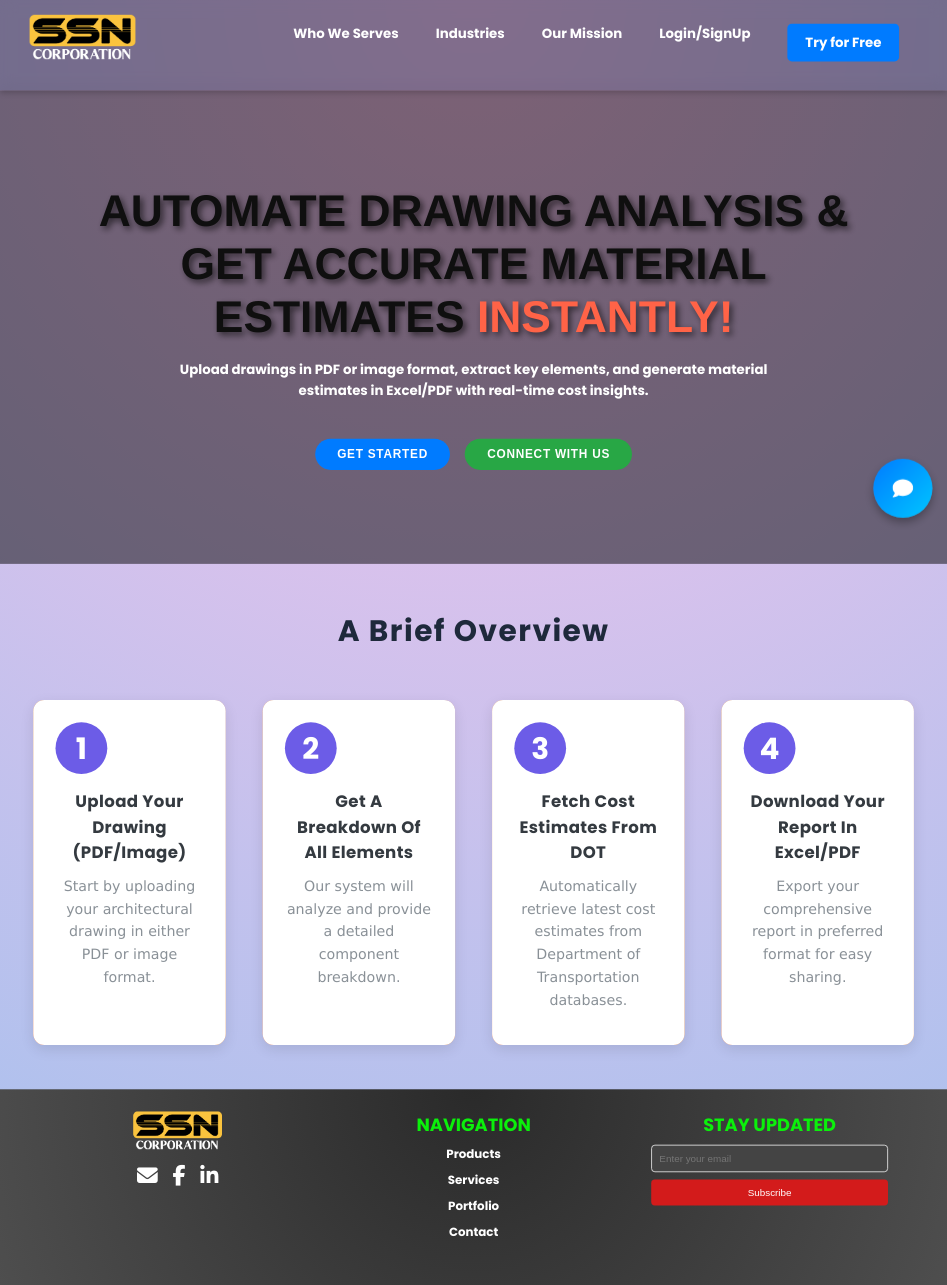
Repository: aabhashbasnet/SSNCorporation
Page: /
An editor plug-in stored every save of this project. The page is shown before and after the next save, followed by the edit.
The browser window is 1280 px wide. The pictures show the whole page, at 74% of full size.
The project was rebuilt for these pictures with package versions that can differ from the ones it lists, and the page was loaded fresh each time. Also part of the build but not shown: src/pages/OurMission/OurMission.jsx, src/pages/LoginSignUp/LoginSignUp.css, src/pages/LoginSignUp/LoginSignUp.jsx, src/pages/Industries/Industries.jsx, src/pages/Industries/Landscaping.jsx, src/pages/Industries/Paving.jsx, src/pages/Industries/GeneralConstruction.jsx, src/pages/Industries/FacilitiesMaintenance.jsx and 10 more.

Above is the page before, as saved 2025-02-11 14:55:39.

After the next save:
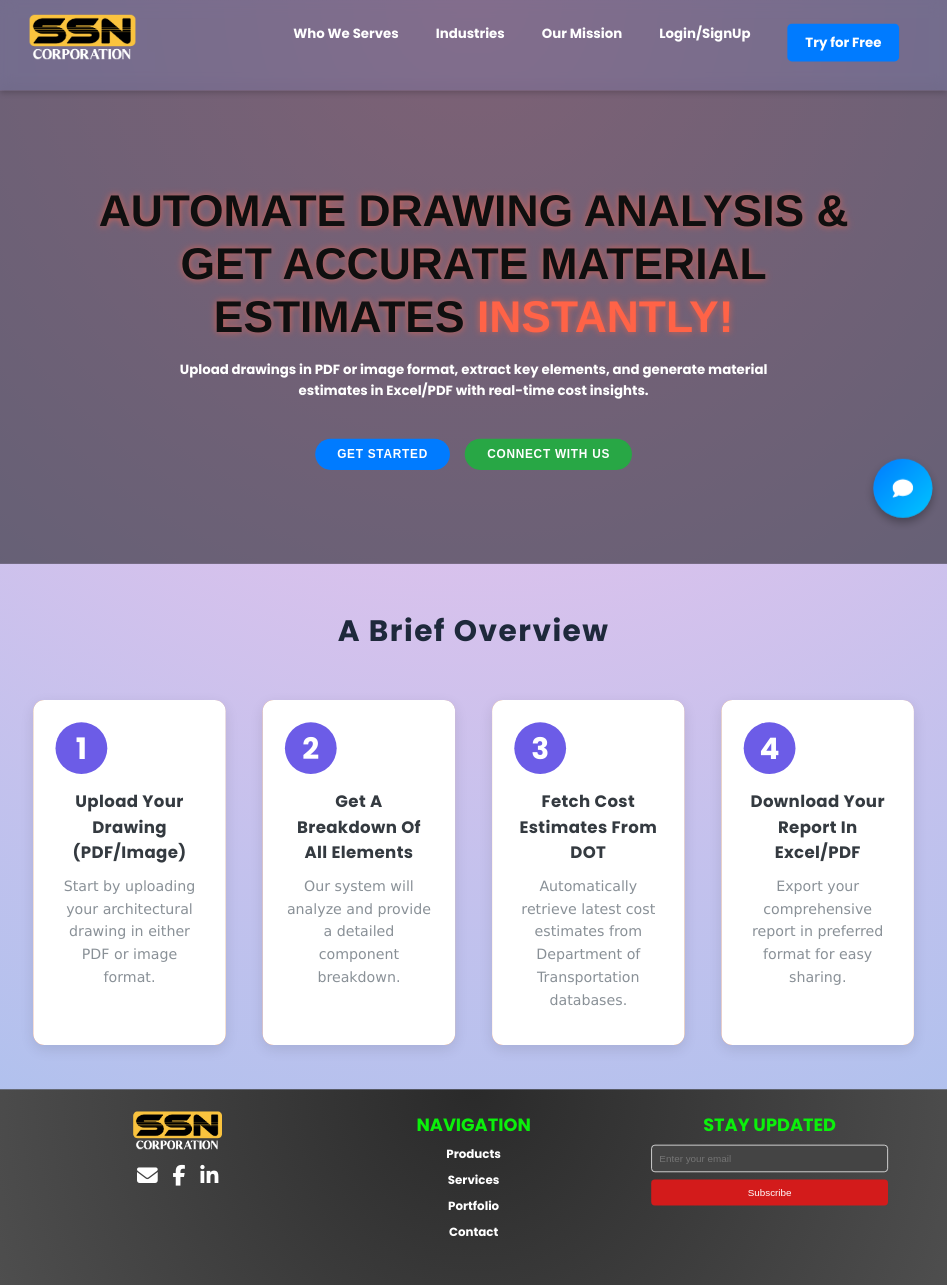
Saved 8 s later.
--- a/src/components/Main/Main.css
+++ b/src/components/Main/Main.css
@@ -38,6 +38,8 @@
   max-width: 90%;
   text-shadow: 2px 2px 6px rgba(0, 0, 0, 0.3), 0 0 25px rgba(255, 99, 71, 0.5);
   text-shadow: 4px 4px 8px rgba(0, 0, 0, 0.6);
+  text-shadow: 0 0 10px rgba(255, 99, 71, 0.7);
+
 
 
 }
